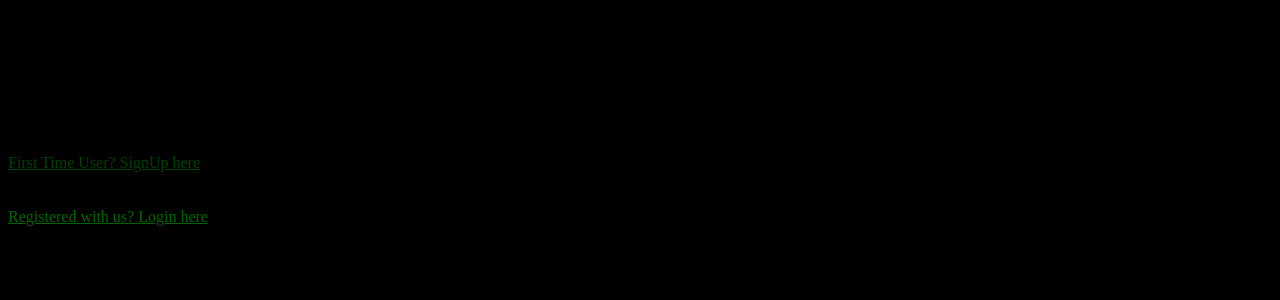
Repository: sultanaNargis03/IndustryReadyJavaSpringBoot
Page: Servlet/workspace/Learningportal/src/main/webapp/index.html
These files come from the project's save history. The page is drawn as it stood at one moment and after the next save; the edit follows.
The browser window is 1280 px wide. The pictures show the whole page.

Above is the page before, as saved 2023-12-11 10:25:17.

### Servlet/workspace/Learningportal/src/main/webapp/index.html
<!DOCTYPE html>
<html>
<head>
<meta charset="ISO-8859-1">
<title>Landing page</title>
<h1 style="color:red"><marquee>Learning App</marquee></h1>
</head>
<body bgcolor="black">
<h1 style="color: red"><marquee>Welcome to Learning App</marquee></h1>
<a style="color: rgb(0, 64, 0)" href='register.html'>First Time User? SignUp here</a><br/><br/><br/>
<a style="color:darkgreen" href='login.html'>Registered with us? Login here</ahref='register.html'>
</body>
</html>

After the next save:
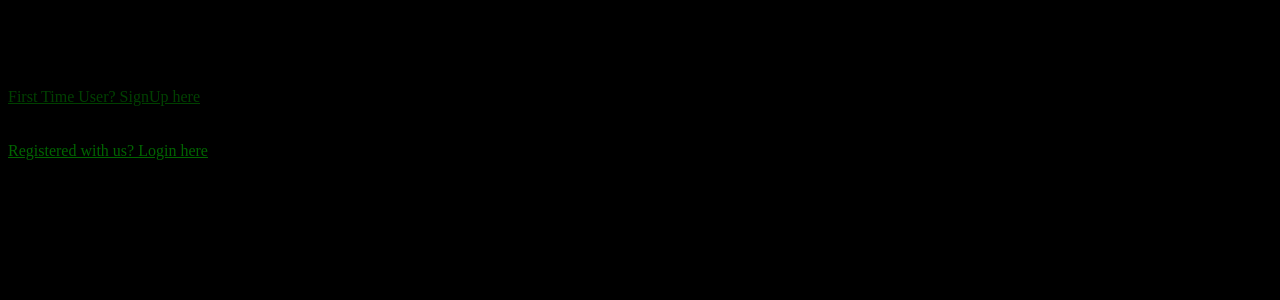
Saved 30 s later.
--- a/Servlet/workspace/Learningportal/src/main/webapp/index.html
+++ b/Servlet/workspace/Learningportal/src/main/webapp/index.html
@@ -3,7 +3,6 @@
 <head>
 <meta charset="ISO-8859-1">
 <title>Landing page</title>
-<h1 style="color:red"><marquee>Learning App</marquee></h1>
 </head>
 <body bgcolor="black">
 <h1 style="color: red"><marquee>Welcome to Learning App</marquee></h1>
